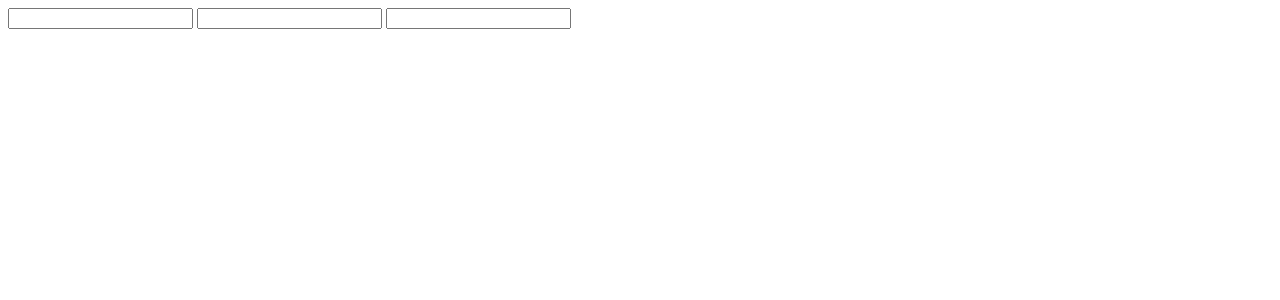
Repository: Choi-yongho72/bitcamp_jsp
Page: test/WebContent/test02.html
The author's editor kept a copy of each file at every save. The page is drawn from the files as they stood at one save, then again after the next save.
The browser window is 1280 px wide. The pictures show the whole page.

Above is the page before, as saved 2020-01-29 07:02:42.
Console error: TypeError: document.getElementsbyClassName is not a function

After the next save:
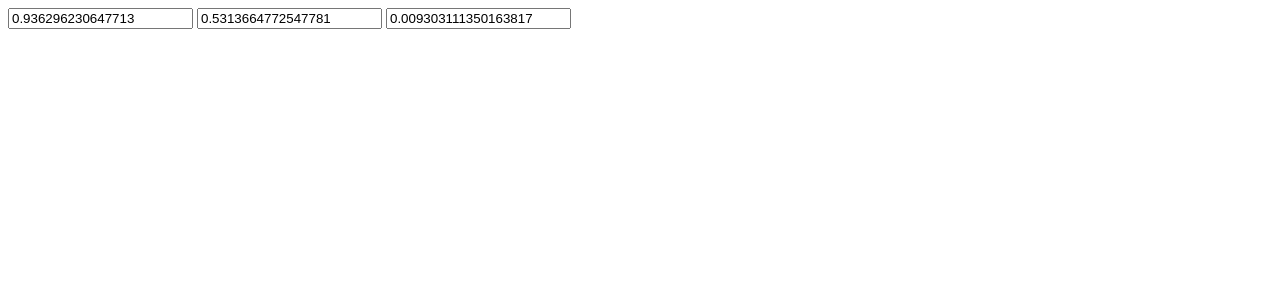
The error is gone.
Saved 92 s later.
--- a/test/WebContent/test02.html
+++ b/test/WebContent/test02.html
@@ -11,7 +11,7 @@
 <input class="rand-text" type="text">
 
 <script type="text/javascript">
-	var randTexts = document.getElementsbyClassName('rand-text');
+	var randTexts = document.getElementsByClassName('rand-text');
 
 	for(var i = 0; i < randTexts.length; i++) {
 		randTexts[i].value = Math.random();
